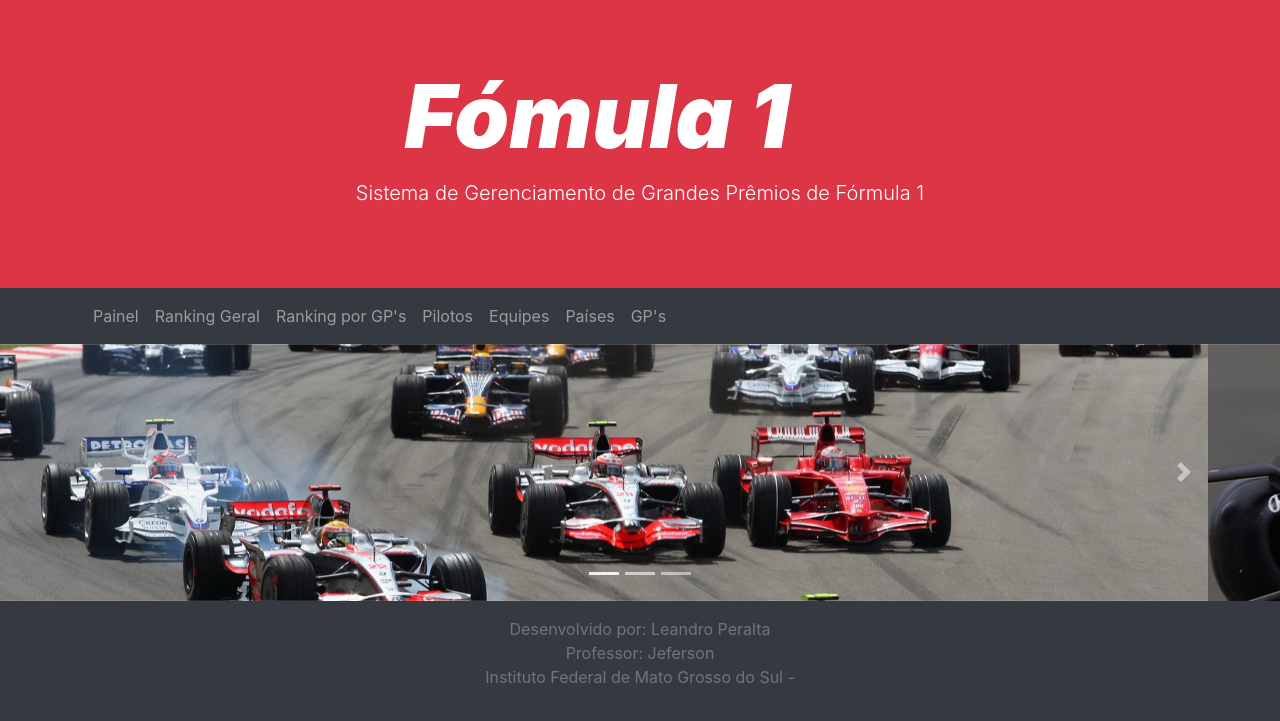
Repository: lperalta13/Formula1_Java
Page: formula1/WebContent/index.html
These files come from the project's save history. The page is drawn as it stood at one moment and after the next save; the edit follows.
The browser window is 1280 px wide. The pictures show the whole page.

Above is the page before, as saved 2019-12-11 20:52:20.

### formula1/WebContent/index.html
<!DOCTYPE html>
<html>
<head>
    <meta charset="UTF-8">
    <meta name="viewport" content="width=device-width, initial-scale=1, shrink-to-fit=no">
    <title>Fómula 1</title>
    <!-- Bootstrap core CSS -->
    <link rel="stylesheet" href="https://stackpath.bootstrapcdn.com/bootstrap/4.3.1/css/bootstrap.min.css" integrity="sha384-ggOyR0iXCbMQv3Xipma34MD+dH/1fQ784/j6cY/iJTQUOhcWr7x9JvoRxT2MZw1T" crossorigin="anonymous">
    <link rel="stylesheet" href="css/pro.css">

    <style type="text/css">
        img{
            height: calc(100vh - 463px);
            object-fit: cover;
        }
        .container:nth-of-type(2){
            min-height: calc(100vh - 463px);
            margin-bottom: 50px;
        }
    </style>

</head>
<body class="position-relative">
  <div class="jumbotron jumbotron-fluid mb-0 bg-danger text-white">
    <div class="container text-center">
      <h1 class="display-2 font-italic font-weight-bold"><strong> Fómula 1 </strong><i class="fas fa-tire fa-spin"></i></h1>
      <p class="lead">Sistema de Gerenciamento de Grandes Prêmios de Fórmula 1</p>
    </div>
  </div>
  <nav class="navbar navbar-expand-lg navbar-dark bg-dark">
    <div class="container">
      <div class="collapse navbar-collapse" id="navbarNavDropdown">
        <ul class="navbar-nav mr-auto">
            <li class="nav-item">
              <a class="nav-link" href="dashboard.php">Painel<span class="sr-only">(Página atual)</span></a>
            </li>
          <li class="nav-item">
            <a class="nav-link" href="listar-ranking.php">Ranking Geral</a>
          </li>
          <li class="nav-item">
            <a class="nav-link" href="listar-campeaoporgp.php">Ranking por GP's</a>
          </li>
          <li class="nav-item">
            <a class="nav-link" href="listar-pilotos.php">Pilotos</a>
          </li>
          <li class="nav-item">
            <a class="nav-link" href="listar-equipes.php">Equipes</a>
          </li>
          <li class="nav-item">
            <a class="nav-link" href="listar-paises.php">Países</a>
          </li>
          <li class="nav-item">
            <a class="nav-link" href="listar-gp.php">GP's</a>
          </li>
        </ul>
      </div>
    </div>
  </nav>
	<div id="carouselExampleIndicators" class="carousel slide" data-ride="carousel">
	  <ol class="carousel-indicators">
	    <li data-target="#carouselExampleIndicators" data-slide-to="0" class="active"></li>
	    <li data-target="#carouselExampleIndicators" data-slide-to="1"></li>
	    <li data-target="#carouselExampleIndicators" data-slide-to="2"></li>
	  </ol>
	  <div class="carousel-inner">
	    <div class="carousel-item active">
	      <img class="d-block w-100" src="img/F1-1.jpg" alt="Primeiro Slide">
	    </div>
	    <div class="carousel-item">
	      <img class="d-block w-100" src="img/F1-2.jpg" alt="Segundo Slide">
	    </div>
	    <div class="carousel-item">
	      <img class="d-block w-100" src="img/F1-3.jpg" alt="Terceiro Slide">
	    </div>
	  </div>
	  <a class="carousel-control-prev" href="#carouselExampleIndicators" role="button" data-slide="prev">
	    <span class="carousel-control-prev-icon" aria-hidden="true"></span>
	    <span class="sr-only">Anterior</span>
	  </a>
	  <a class="carousel-control-next" href="#carouselExampleIndicators" role="button" data-slide="next">
	    <span class="carousel-control-next-icon" aria-hidden="true"></span>
	    <span class="sr-only">Próximo</span>
	  </a>
	</div>
	<footer class="text-muted text-center bg-dark p-3">
		<div class="container">
			<p>Desenvolvido por: Leandro Peralta
            <br>Professor: Jeferson
            <br>Instituto Federal de Mato Grosso do Sul - <?= date('Y') ?></p>
		</div>
	</footer>
	<script src="https://code.jquery.com/jquery-3.3.1.slim.min.js" integrity="sha384-q8i/X+965DzO0rT7abK41JStQIAqVgRVzpbzo5smXKp4YfRvH+8abtTE1Pi6jizo" crossorigin="anonymous"></script>
	<script src="https://cdnjs.cloudflare.com/ajax/libs/popper.js/1.14.3/umd/popper.min.js" integrity="sha384-ZMP7rVo3mIykV+2+9J3UJ46jBk0WLaUAdn689aCwoqbBJiSnjAK/l8WvCWPIPm49" crossorigin="anonymous"></script>
	<script src="https://stackpath.bootstrapcdn.com/bootstrap/4.1.3/js/bootstrap.min.js" integrity="sha384-ChfqqxuZUCnJSK3+MXmPNIyE6ZbWh2IMqE241rYiqJxyMiZ6OW/JmZQ5stwEULTy" crossorigin="anonymous"></script>
</body>
</html>

Loaded but not shown: formula1/WebContent/css/pro.css (library)

After the next save:
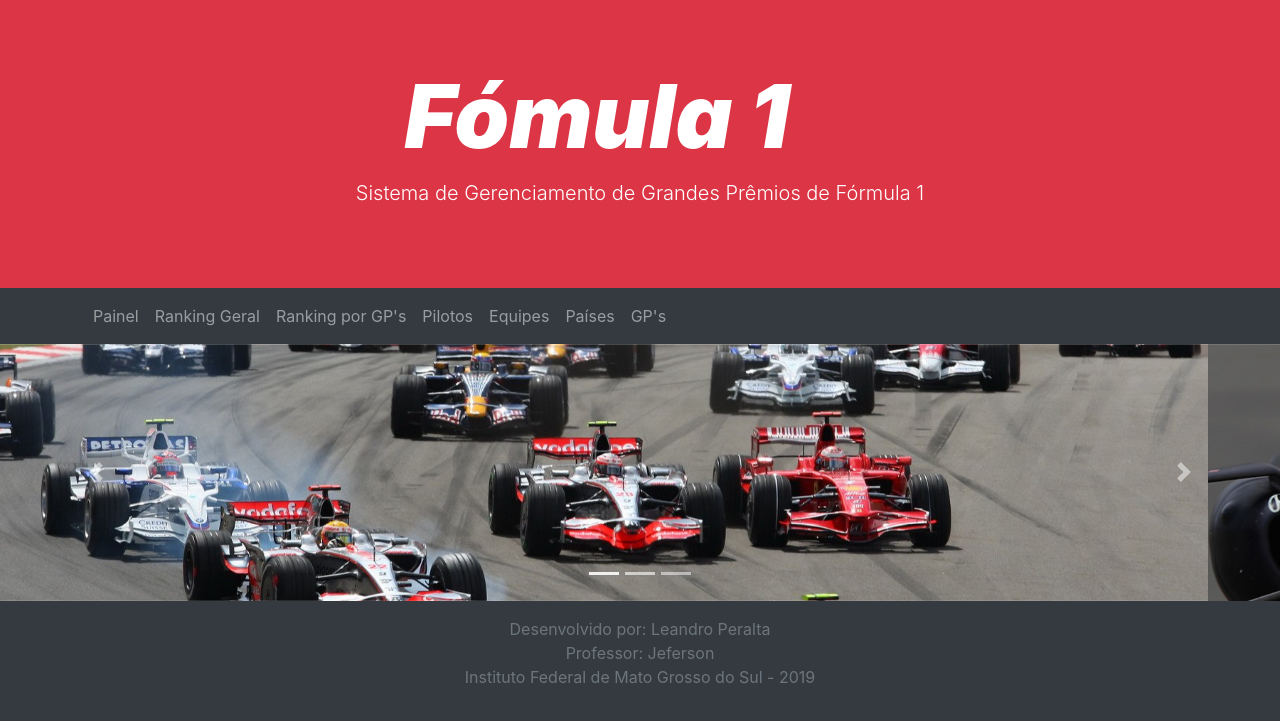
Saved 80 s later.
--- a/formula1/WebContent/index.html
+++ b/formula1/WebContent/index.html
@@ -86,7 +86,7 @@
 		<div class="container">
 			<p>Desenvolvido por: Leandro Peralta
             <br>Professor: Jeferson
-            <br>Instituto Federal de Mato Grosso do Sul - <?= date('Y') ?></p>
+            <br>Instituto Federal de Mato Grosso do Sul - 2019</p>
 		</div>
 	</footer>
 	<script src="https://code.jquery.com/jquery-3.3.1.slim.min.js" integrity="sha384-q8i/X+965DzO0rT7abK41JStQIAqVgRVzpbzo5smXKp4YfRvH+8abtTE1Pi6jizo" crossorigin="anonymous"></script>
